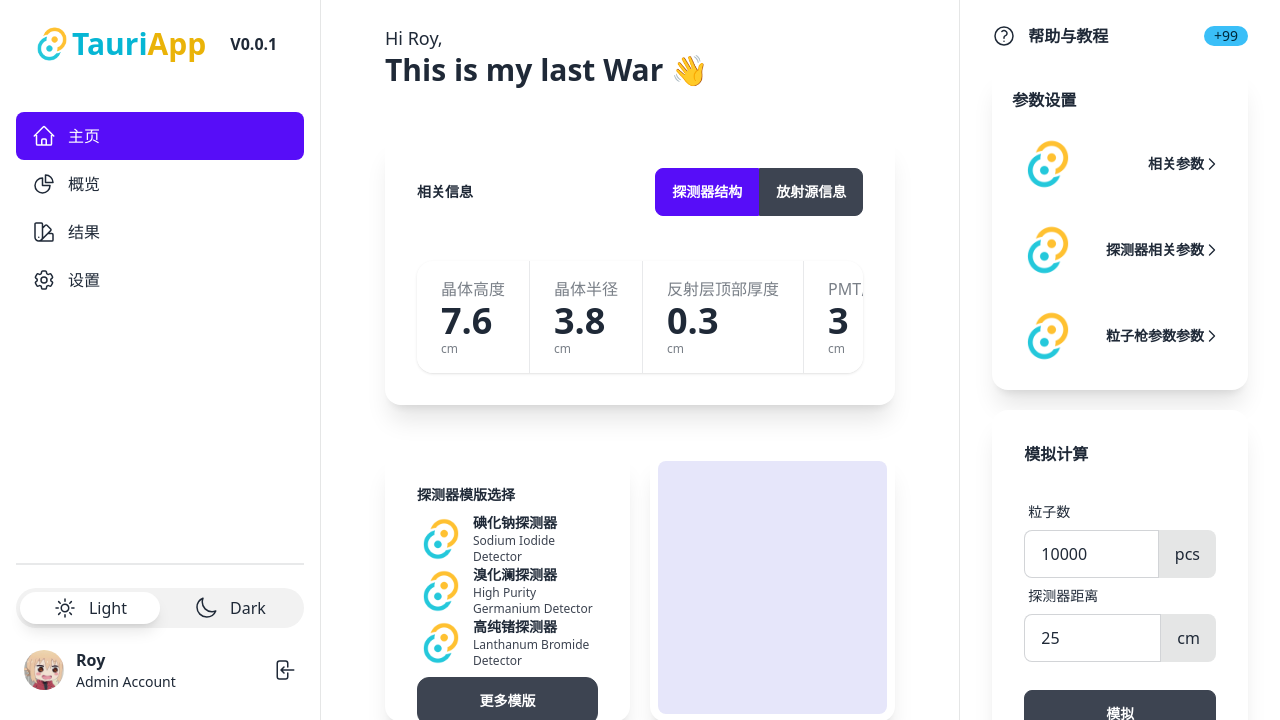
Repository: XMZOVO/tauri-geant4
Page: /
These files come from the project's save history. The page is drawn as it stood at one moment and after the next save; the edit follows.
The browser window is 1280 px wide. The pictures show the whole page.
The page's requests for data from a server got no answer. An inner scrolling area shows only its first screen. The project was rebuilt for these pictures with package versions that can differ from the ones it lists, and the page was loaded fresh each time. No one was signed in, and anything a server would have sent is missing. Also part of the build but not shown: vite.config.ts.

Above is the page before, as saved 2022-09-11 19:24:33.

After the next save:
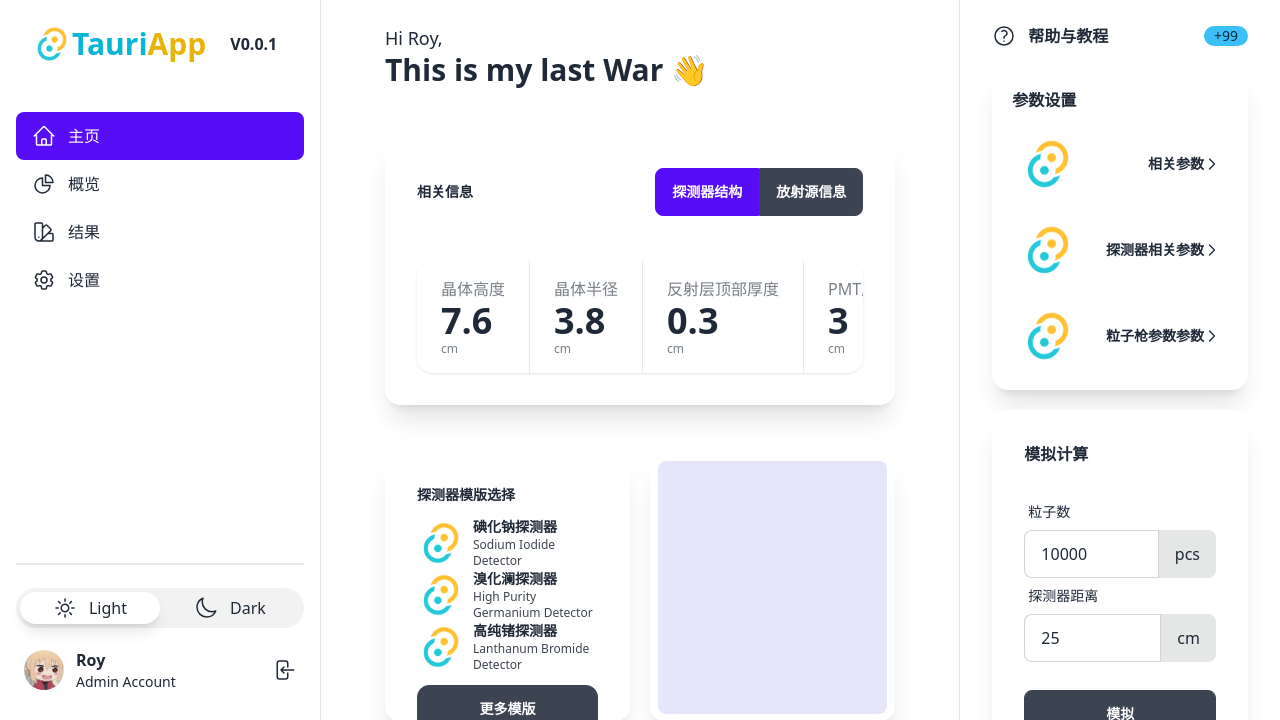
Saved 14 s later.
--- a/src/components/Home.vue
+++ b/src/components/Home.vue
@@ -185,7 +185,7 @@ const exitApp = async () => {
       <div class="flex h-2/5 space-x-5">
         <!-- 1 -->
         <div class="card w-1/2 bg-base-100 shadow-xl">
-          <div class="card-body">
+          <div class="card-body gap-3">
             <p class="text-sm font-semibold">探测器模版选择</p>
             <!-- item -->
             <div class="flex h-full flex-col justify-between">
